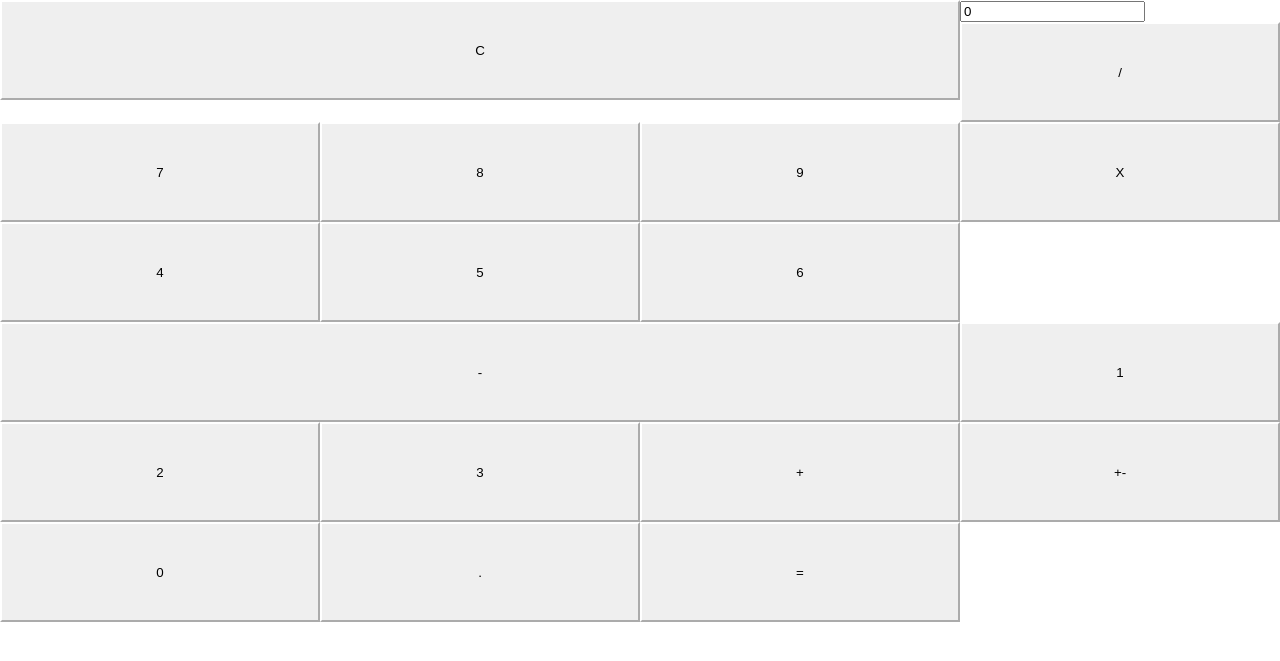
Repository: aaronmatei/react-calc
Page: /
The author's editor kept a copy of each file at every save. The page is drawn from the files as they stood at one save, then again after the next save.
The browser window is 1280 px wide. The pictures show the whole page.
The project was rebuilt for these pictures with package versions that can differ from the ones it lists, and the page was loaded fresh each time.

Above is the page before, as saved 2019-12-13 10:54:44.

### src/App.js
import React, { Component } from "react";
import Button from "./components/Button";
import "./css/styles.css";

class App extends Component {
	state = {
		current: "0",
		previous: [],
	};

	reset = () => {
		this.setState({ result: "0" });
	};
	addToCurrent = symbol => {
		this.setState({ current: this.state.current + symbol });
	};

	render() {
		const buttons = [
			{ symbol: "C", cols: 3, action: this.reset },
			{ symbol: "/", cols: 1, action: this.addToCurrent },
			{ symbol: "7", cols: 1, action: this.addToCurrent },
			{ symbol: "8", cols: 1, action: this.addToCurrent },
			{ symbol: "9", cols: 1, action: this.addToCurrent },
			{ symbol: "X", cols: 1, action: this.addToCurrent },
			{ symbol: "4", cols: 1, action: this.addToCurrent },
			{ symbol: "5", cols: 1, action: this.addToCurrent },
			{ symbol: "6", cols: 1, action: this.addToCurrent },
			{ symbol: "-", cols: 3, action: this.addToCurrent },
			{ symbol: "1", cols: 1, action: this.addToCurrent },
			{ symbol: "2", cols: 1, action: this.addToCurrent },
			{ symbol: "3", cols: 1, action: this.addToCurrent },
			{ symbol: "+", cols: 1, action: this.addToCurrent },
			{ symbol: "+-", cols: 1, action: this.addToCurrent },
			{ symbol: "0", cols: 1, action: this.addToCurrent },
			{ symbol: ".", cols: 1, action: this.addToCurrent },
			{ symbol: "=", cols: 1, action: this.addToCurrent },
		];
		return (
			<div className='App'>
				<input className='result' type='text' value={this.state.current} onChange={null} />

				{buttons.map((btn, idx) => {
					return (
						<Button key={idx} symbol={btn.symbol} cols={btn.cols} action={symbol => btn.action(symbol)} />
					);
				})}
			</div>
		);
	}
}

export default App;

### src/components/Button.jsx
import React, { Component } from "react";

class Button extends Component {
	render() {
		return (
			<div className={`column-${this.props.cols}`}>
				<button className='calc-button' onClick={() => this.props.action(this.props.symbol)}>
					{this.props.symbol}
				</button>
			</div>
		);
	}
}

export default Button;

### src/css/styles.css
.column-3 {
	width: 75%;
	float: left;
}
.column-2 {
	width: 50%;
	float: left;
}
.column-1 {
	width: 25%;
	float: left;
}
button.calc-button {
	width: 100%;
	height: 100px;
	border-color: #fff;
}

Loaded but not shown: src/index.js (common file); src/index.css (common file); src/serviceWorker.js (common file)

After the next save:
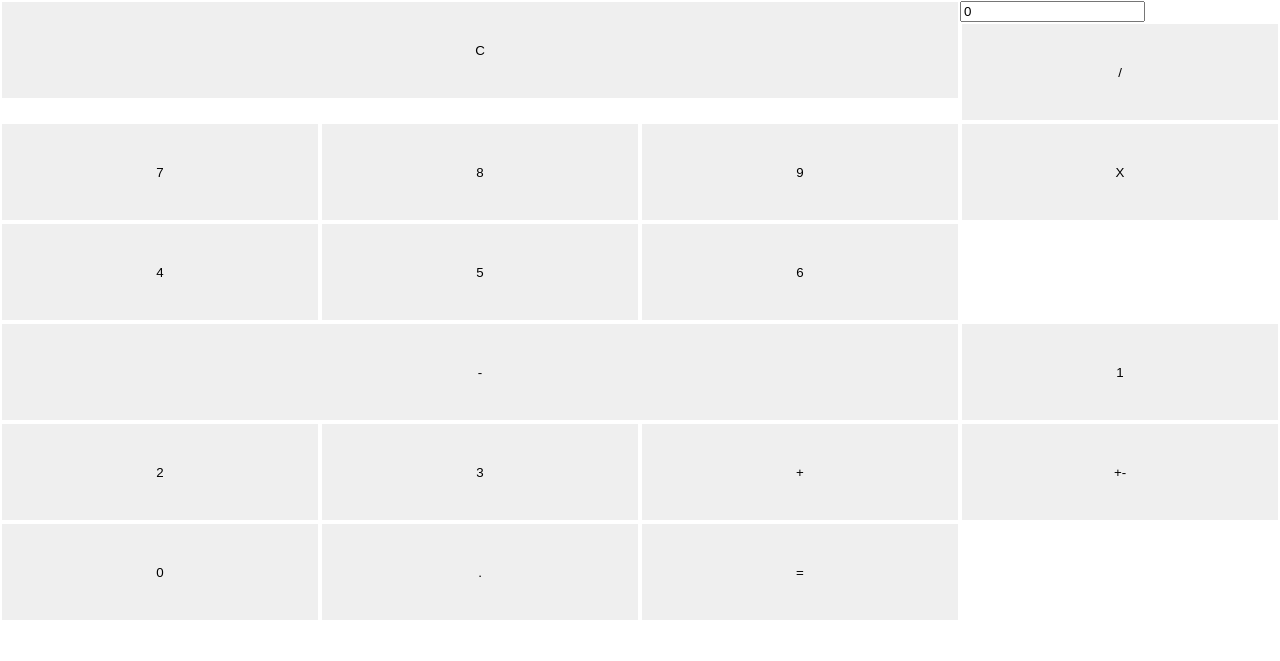
Saved 24 s later.
--- a/src/css/styles.css
+++ b/src/css/styles.css
@@ -13,5 +13,6 @@
 button.calc-button {
 	width: 100%;
 	height: 100px;
+	border: 2px solid #ddd;
 	border-color: #fff;
 }
